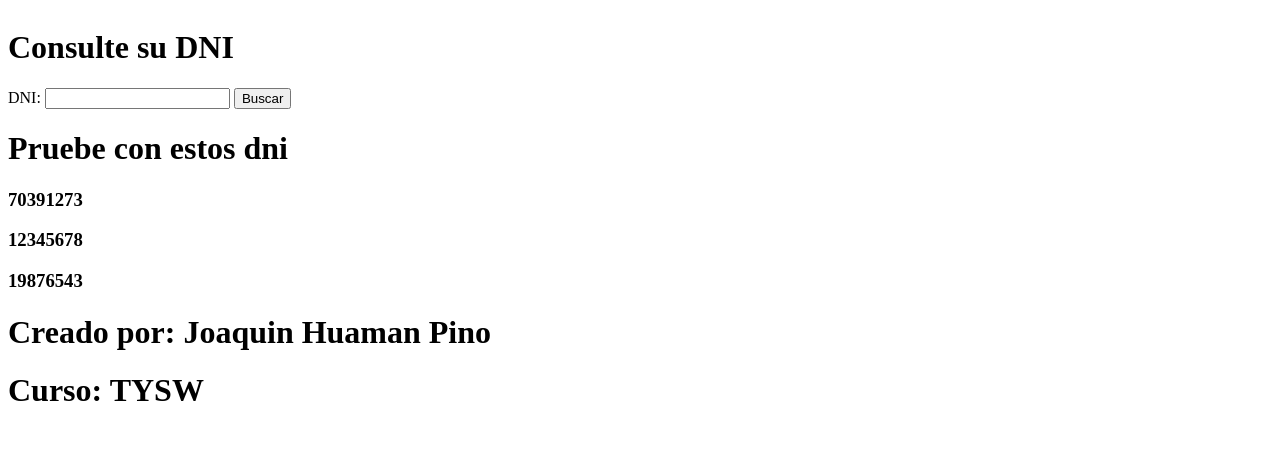
Repository: quino22/ulasalle
Page: ev3-70391273/war/index.html
The author's editor kept a copy of each file at every save. The page is drawn from the files as they stood at one save, then again after the next save.
The browser window is 1280 px wide. The pictures show the whole page.

Above is the page before, as saved 2016-11-04 21:03:29.

### ev3-70391273/war/index.html
<!DOCTYPE HTML PUBLIC "-//W3C//DTD HTML 4.01 Transitional//EN">
<!-- The HTML 4.01 Transitional DOCTYPE declaration-->
<!-- above set at the top of the file will set     -->
<!-- the browser's rendering engine into           -->
<!-- "Quirks Mode". Replacing this declaration     -->
<!-- with a "Standards Mode" doctype is supported, -->
<!-- but may lead to some differences in layout.   -->

<html>
  <head>
    <meta http-equiv="content-type" content="text/html; charset=UTF-8">
    <title>Evidencia 3</title>
  </head>

  <body>
  	<table>
  		<tr></tr>
  	</table>
    <h1>Consulte su DNI</h1>

	<form action="/ev3_70391273" method="get">
		DNI: <input type="text" name="dni">
		<input type="submit" value="Buscar">
	</form>
	<h1>Pruebe con estos dni</h1>
	<h3>70391273</h3>
	<h3>12345678</h3>
	<h3>19876543</h3>
	<h1>Creado por: Joaquin Huaman Pino</h1>
	<h1>Curso: TYSW </h1>
  </body>
</html>

After the next save:
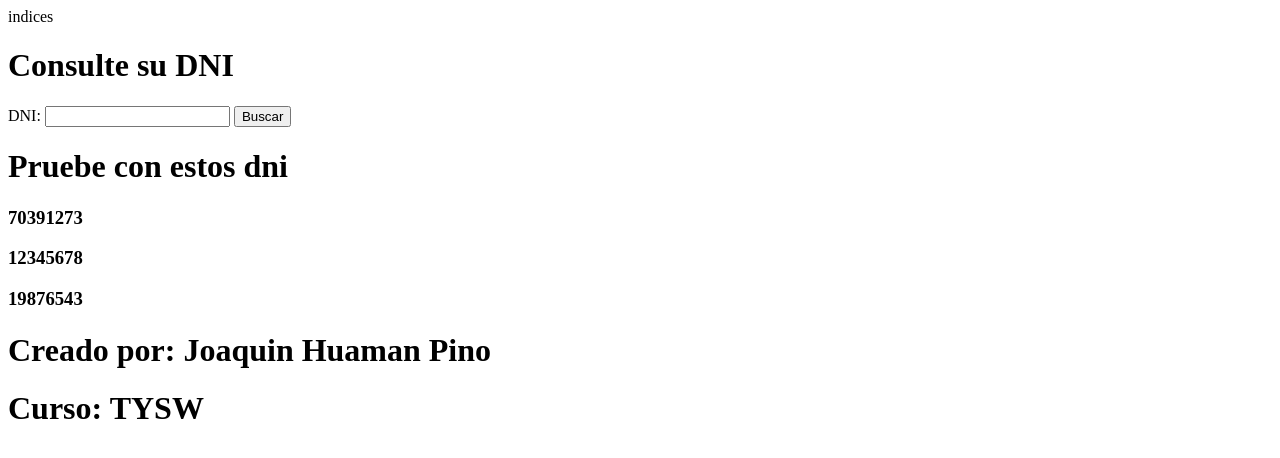
Saved 4 s later.
--- a/ev3-70391273/war/index.html
+++ b/ev3-70391273/war/index.html
@@ -14,7 +14,7 @@
 
   <body>
   	<table>
-  		<tr></tr>
+  		<tr>indices</tr>
   	</table>
     <h1>Consulte su DNI</h1>
 
